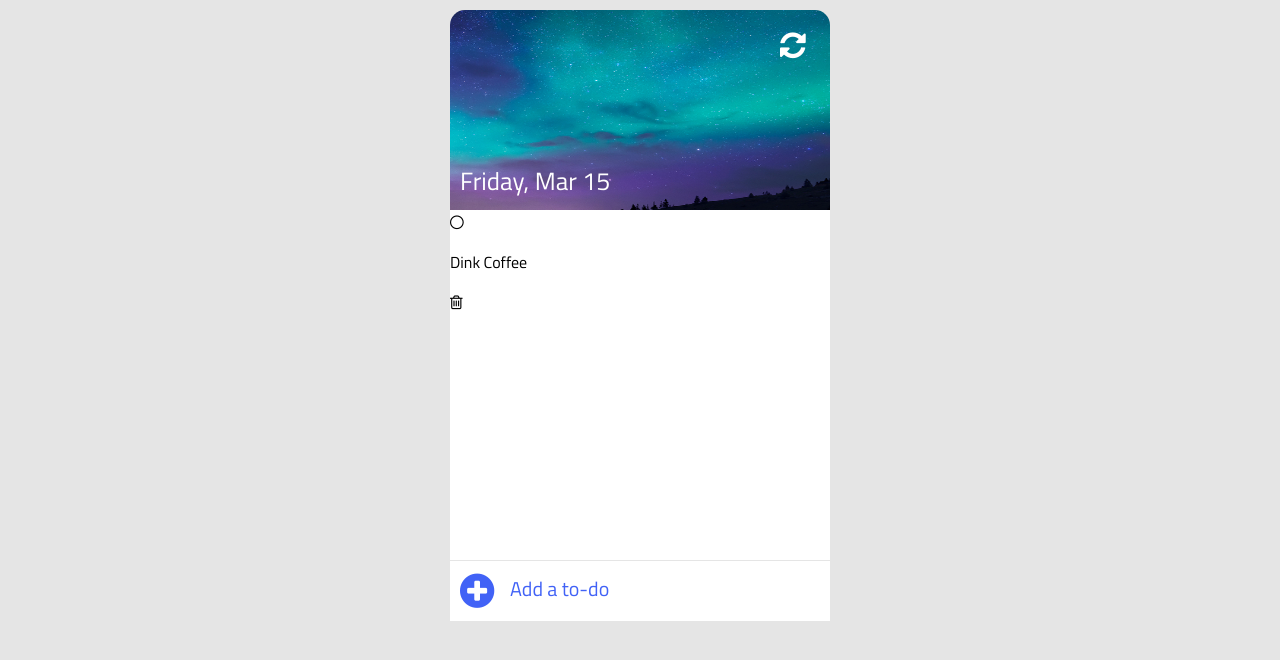
Repository: Khalidwebmail/to-do-list
Page: index.html
An editor plug-in stored every save of this project. The page is shown before and after the next save, followed by the edit.
The browser window is 1280 px wide. The pictures show the whole page.

Above is the page before, as saved 2020-01-21 20:38:49.

After the next save:
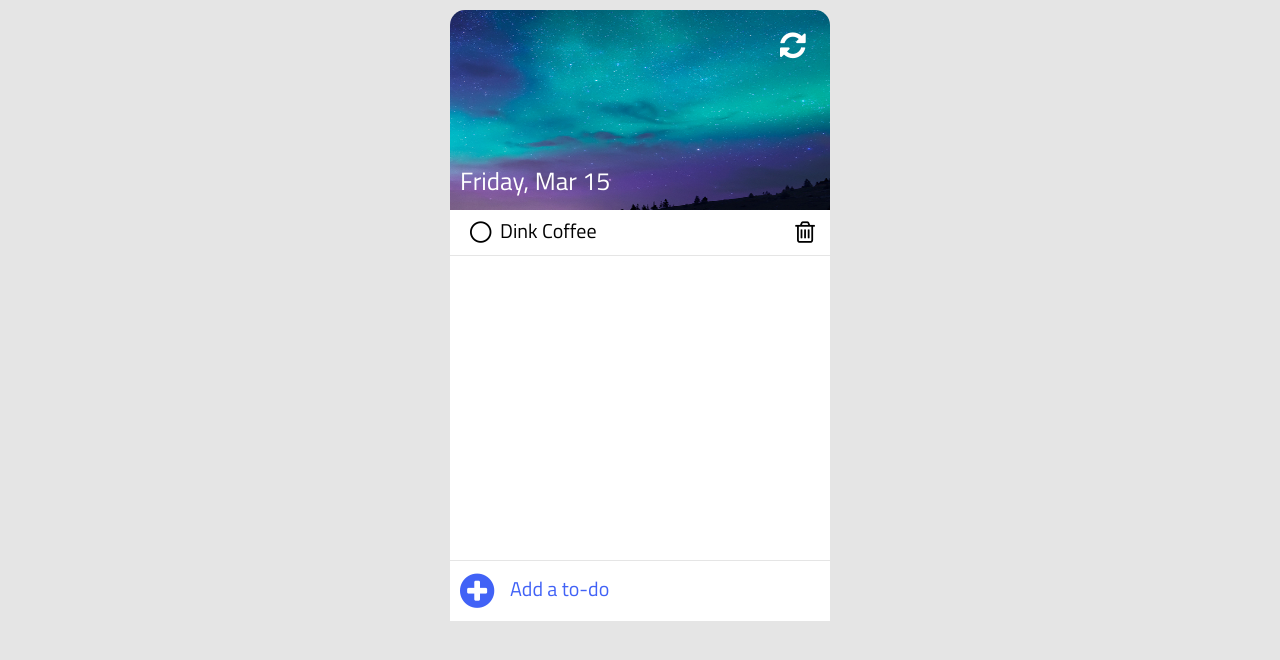
Saved 74 s later.
--- a/js/app.js
+++ b/js/app.js
@@ -28,7 +28,7 @@
 
  function addToDo(toDo){
 
-    const item = `
+    const item = `<li class="item">
                 <i class="fa fa-circle-thin co" job="complete" id="0"></i>
                 <p class="text">${toDo}</p>
                 <i class="fa fa-trash-o de" job="delete" id="0"></i>
